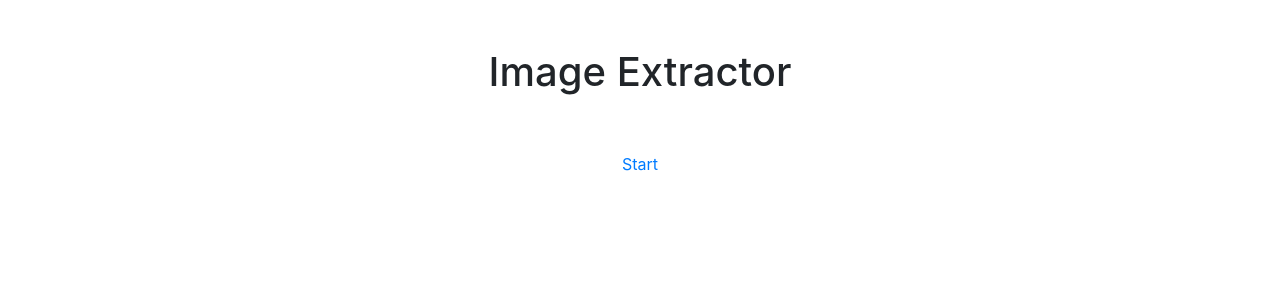
Repository: Rainam98/ImageExtractor
Page: http://localhost/demo/
The author's editor kept a copy of each file at every save. The page is drawn from the files as they stood at one save, then again after the next save.
The browser window is 1280 px wide. The pictures show the whole page.
The page is served by Tomcat 9. Other server files are loaded and not shown.

Above is the page before, as saved 2023-06-02 05:04:13.

### demo/src/main/webapp/index.jsp
<!DOCTYPE html PUBLIC "-//W3C//DTD HTML 4.01 Transitional//EN" "http://www.w3.org/TR/html4/loose.dtd">
<html>
<head>
<link rel="stylesheet"
	href="https://cdn.jsdelivr.net/npm/bootstrap@4.3.1/dist/css/bootstrap.min.css"
	integrity="sha384-ggOyR0iXCbMQv3Xipma34MD+dH/1fQ784/j6cY/iJTQUOhcWr7x9JvoRxT2MZw1T"
	crossorigin="anonymous">
<title>Image Extractor</title>
</head>
<body>
<div class="text-center">
	<h1 class="mt-5">Image Extractor</h1>
	<br>
	<br>
	<a class href="/start">Start</a>
	</div>
</body>
</html>

After the next save:
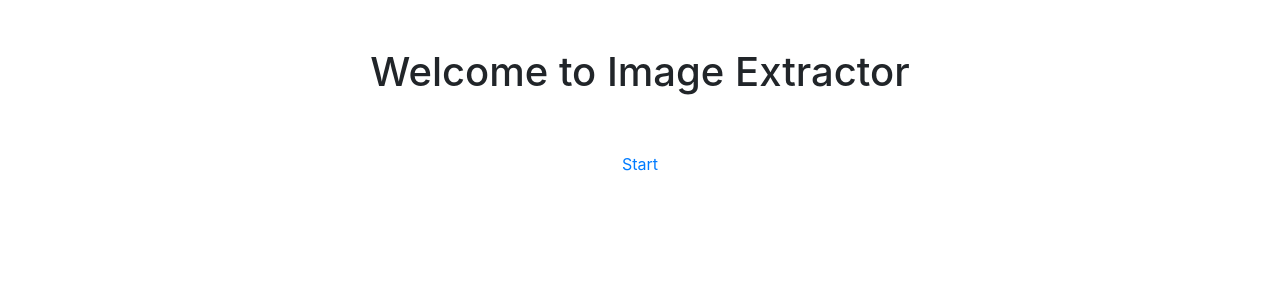
Saved 13 s later.
--- a/demo/src/main/webapp/index.jsp
+++ b/demo/src/main/webapp/index.jsp
@@ -9,7 +9,7 @@
 </head>
 <body>
 <div class="text-center">
-	<h1 class="mt-5">Image Extractor</h1>
+	<h1 class="mt-5">Welcome to Image Extractor</h1>
 	<br>
 	<br>
 	<a class href="/start">Start</a>
